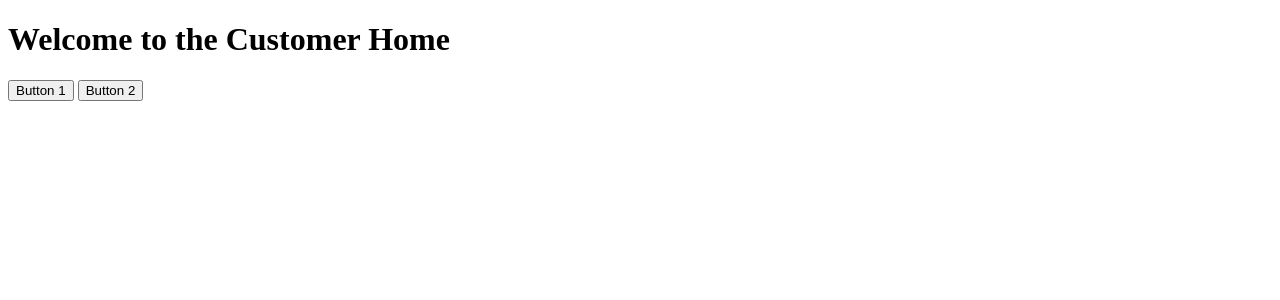
Repository: NguyenHuy-lang/RestaurantMicroserviceFrontEnd
Page: customer-home.html
An editor plug-in stored every save of this project. The page is shown before and after the next save, followed by the edit.
The browser window is 1280 px wide. The pictures show the whole page.

Above is the page before, as saved 2023-06-05 23:56:18.

### customer-home.html
<!DOCTYPE html>
<html>
<head>
  <title>Customer Home</title>
</head>
<body>
  <h1>Welcome to the Customer Home</h1>

  <button onclick="redirectToPage1()">Button 1</button>
  <button onclick="redirectToPage2()">Button 2</button>
</body>
</html>

After the next save:
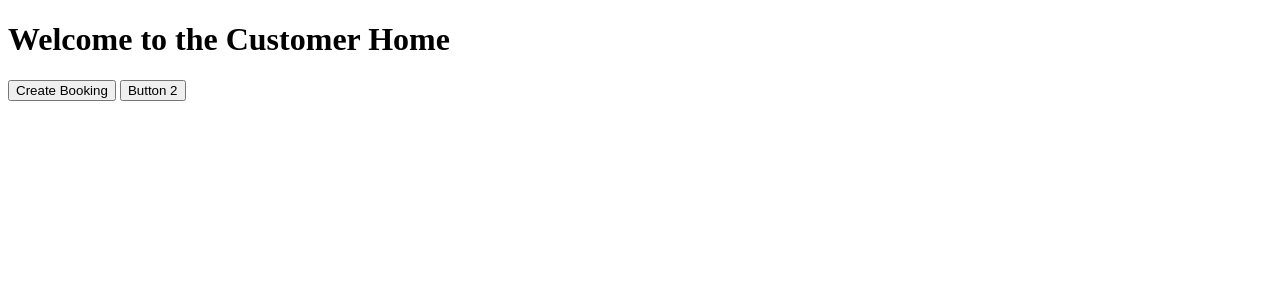
Saved 10 s later.
--- a/customer-home.html
+++ b/customer-home.html
@@ -6,7 +6,7 @@
 <body>
   <h1>Welcome to the Customer Home</h1>
 
-  <button onclick="redirectToPage1()">Button 1</button>
+  <button onclick="redirectToPage1()">Create Booking</button>
   <button onclick="redirectToPage2()">Button 2</button>
 </body>
 </html>
